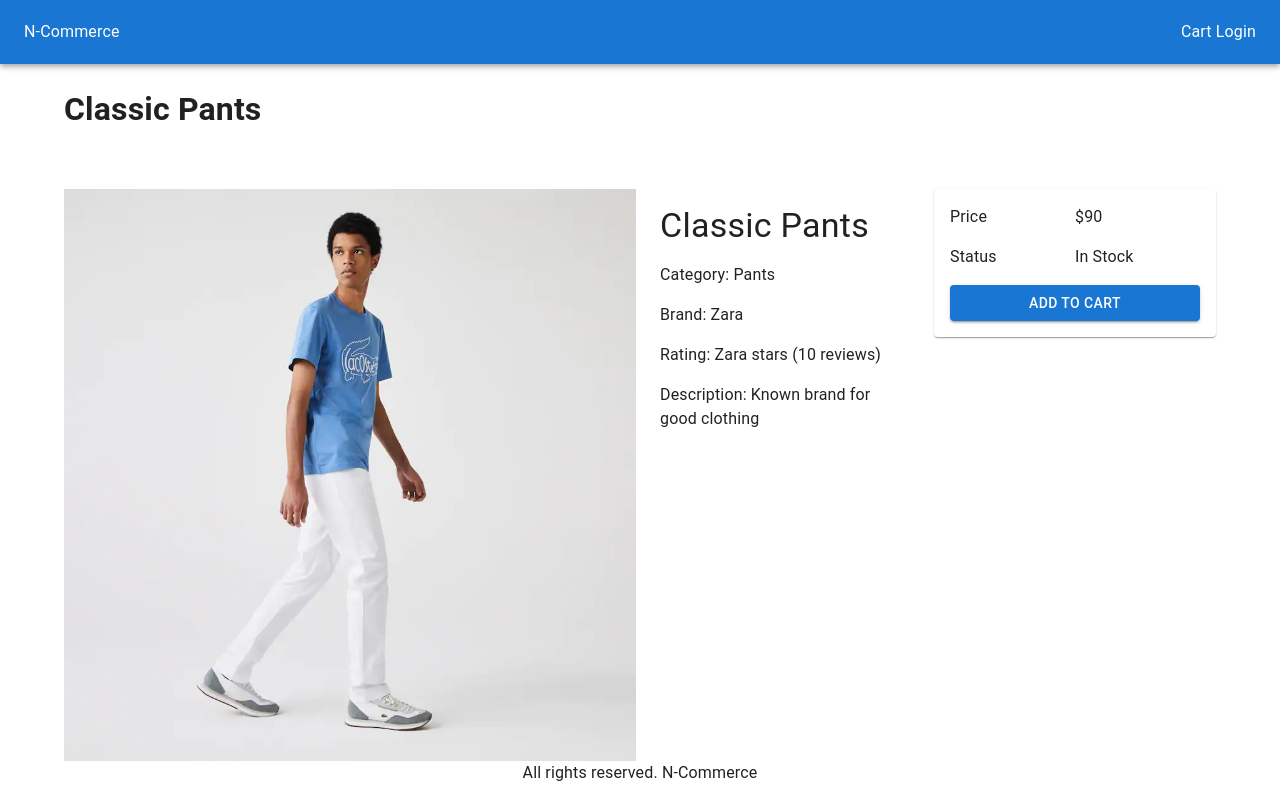
Repository: AK0493/Next-Commerce
Page: /product/classic-pants
An editor plug-in stored every save of this project. The page is shown before and after the next save, followed by the edit.
The browser window is 1280 px wide. The pictures show the whole page.
The project was rebuilt for these pictures with package versions that can differ from the ones it lists, and the page was loaded fresh each time. The framework's server and built-in components were replaced by stand-ins that run in the browser. Also part of the build but not shown: next.config.js.

Above is the page before, as saved 2022-02-07 16:49:09.

### pages/_app.js
import { useEffect } from 'react';
import '../styles/globals.css';

function MyApp({ Component, pageProps }) {
  useEffect(() => {
    const jssStyles = document.querySelector('#jss-server-side');
    if (jssStyles) {
      jssStyles.parentElement.removeChild(jssStyles);
    }
  }, []);
  return <Component {...pageProps} />;
}

export default MyApp;

### pages/product/[slug].js
import { useRouter } from 'next/router';
import React from 'react';
import data from '../../utils/data';
import NextLink from 'next/link';
import {
  Button,
  Card,
  Grid,
  Link,
  List,
  ListItem,
  Typography,
} from '@mui/material';
import Layout from '../../components/Layout';
import useStyles from '../../utils/styles';
import Image from 'next/image';
export default function ProductPage() {
  const classes = useStyles();
  const router = useRouter();
  const { slug } = router.query;
  const product = data.products.find((el) => el.slug === slug);
  if (!product) {
    return (
      <div>
        <h1>Product not Found!</h1>
      </div>
    );
  }
  return (
    <Layout title={product.name} description={product.description}>
      <div className={classes.section}>
        <h1>{product.name}</h1>
        <NextLink href="/" passHref>
          <Link>Back to Home</Link>
        </NextLink>
      </div>
      <Grid container spacing={1}>
        <Grid item md={6} xs={12}>
          <Image
            src={product.image}
            alt={product.name}
            width={640}
            height={640}
            layout="responsive"
          ></Image>
        </Grid>
        <Grid item md={3} xs={12}>
          <List>
            <ListItem>
              <Typography component="h4" variant="h4">
                {product.name}
              </Typography>
            </ListItem>
            <ListItem>
              <Typography>Category: {product.category}</Typography>
            </ListItem>
            <ListItem>
              <Typography>Brand: {product.brand}</Typography>
            </ListItem>
            <ListItem>
              <Typography>
                Rating: {product.brand} stars ({product.numReviews} reviews)
              </Typography>
            </ListItem>
            <ListItem>
              <Typography>Description: {product.description}</Typography>
            </ListItem>
          </List>
        </Grid>
        <Grid item md={3} xs={12}>
          <Card>
            <List>
              <ListItem>
                <Grid container>
                  <Grid item xs={6}>
                    <Typography>Price</Typography>
                  </Grid>
                  <Grid item xs={6}>
                    <Typography>${product.price}</Typography>
                  </Grid>
                </Grid>
              </ListItem>
              <ListItem>
                <Grid container>
                  <Grid item xs={6}>
                    <Typography>Status</Typography>
                  </Grid>
                  <Grid item xs={6}>
                    <Typography>
                      {product.CountInStock > 0 ? 'In Stock' : 'UNavailible'}
                    </Typography>
                  </Grid>
                </Grid>
              </ListItem>
              <ListItem>
                <Button fullWidth variant="contained" color="primary">
                  Add to Cart
                </Button>
              </ListItem>
            </List>
          </Card>
        </Grid>
      </Grid>
    </Layout>
  );
}

### styles/globals.css
html,
body {
  padding: 0;
  margin: 0;
  font-family: -apple-system, BlinkMacSystemFont, Segoe UI, Roboto, Oxygen,
    Ubuntu, Cantarell, Fira Sans, Droid Sans, Helvetica Neue, sans-serif;
}

a {
  color: #fff !important;
  text-decoration: none !important;
  cursor: pointer;
}

* {
  box-sizing: border-box;
}

### utils/data.js
const data = {
  products: [
    {
      name: 'Free Shirt',
      slug: 'free-shirt',
      category: 'Shirts',
      image: '/images/shirt1.jpg',
      price: 90,
      brand: 'Nike',
      rating: 4.5,
      numReviews: 10,
      CountInStock: 20,
      description: 'A popular shirt',
    },
    {
      name: 'Fit Shirt',
      slug: 'fit-shirt',
      category: 'Shirt',
      image: '/images/Shirt2.jpg',
      price: 90,
      brand: 'Addidas',
      rating: 4.5,
      numReviews: 10,
      CountInStock: 20,
      description: 'A popular shirt',
    },
    {
      name: 'Slim Shirt',
      slug: 'slim-shirt',
      category: 'Shirts',
      image: '/images/shirt3.jpg',
      price: 70,
      brand: 'Raymond',
      rating: 4.5,
      numReviews: 10,
      CountInStock: 20,
      description: 'A popular shirt',
    },
    {
      name: 'Golf Pants',
      slug: 'golf-pants',
      category: 'Pants',
      image: '/images/pants1.jpg',
      price: 70,
      brand: 'Oliver',
      rating: 4.5,
      numReviews: 10,
      CountInStock: 20,
      description: 'smart looking pants',
    },
    {
      name: 'Fit Pants',
      slug: 'fit-pants',
      category: 'Pants',
      image: '/images/pants2.jpg',
      price: 90,
      brand: 'Zara',
      rating: 4.5,
      numReviews: 10,
      CountInStock: 20,
      description: 'Known brand for good clothing',
    },
    {
      name: 'Classic Pants',
      slug: 'classic-pants',
      category: 'Pants',
      image: '/images/pants3.jpg',
      price: 90,
      brand: 'Zara',
      rating: 4.5,
      numReviews: 10,
      CountInStock: 20,
      description: 'Known brand for good clothing',
    },
  ],
};

export default data;

### components/Layout.js
import {
  AppBar,
  Container,
  createTheme,
  CssBaseline,
  Link,
  Toolbar,
  Typography,
} from '@mui/material';
import Head from 'next/head';
import React from 'react';
import useStyles from '../utils/styles';
import NextLink from 'next/link';
import { ThemeProvider } from '@mui/styles';

export default function Layout({ title, description, children }) {
  const theme = createTheme({
    typography: {
      h1: {
        fontSize: '1.6rem',
        fontWeight: 400,
        margin: '1rem 0',
      },
    },
    palette: {
      primary: {
        light: '#757ce8',
        main: '#3f50b5',
        dark: '#002884',
        contrastText: '#fff',
      },
      secondary: {
        light: '#ff7961',
        main: '#f44336',
        dark: '#ba000d',
        contrastText: '#000',
      },
    },
  });

  const classes = useStyles();
  return (
    <div>
      <Head>
        <title>{title ? `${title} - Next-Commerce` : 'Next Commerce'}</title>
        {description && <meta name="description" content={description}></meta>}
      </Head>
      <ThemeProvider theme={theme}>
        <CssBaseline />
        <AppBar position="static" className={classes.navbar}>
          <Toolbar>
            <NextLink href="/">
              <Link>
                <Typography>N-Commerce</Typography>
              </Link>
            </NextLink>
            <div className={classes.grow}></div>
            <div>
              <NextLink href="/cart">
                <Link>Cart </Link>
              </NextLink>
              <NextLink href="/login">
                <Link>Login</Link>
              </NextLink>
            </div>
          </Toolbar>
        </AppBar>
        <Container className={classes.main}>{children}</Container>
        <footer className={classes.footer}>
          <Typography>All rights reserved. N-Commerce</Typography>
        </footer>
      </ThemeProvider>
    </div>
  );
}

### utils/styles.js
import { makeStyles } from '@mui/styles';

const useStyles = makeStyles({
  navbar: {
    backgroundColor: '#203040',
  },
  '& a': {
    color: '#fff',
    marginLeft: '10',
  },
  grow: {
    flexGrow: 1,
  },
  main: {
    minHeight: '80vh',
  },
  section: {
    marginTop: '10px',
    marginBottom: '10px',
  },
  footer: {
    textAlign: 'center',
  },
});
export default useStyles;

After the next save:
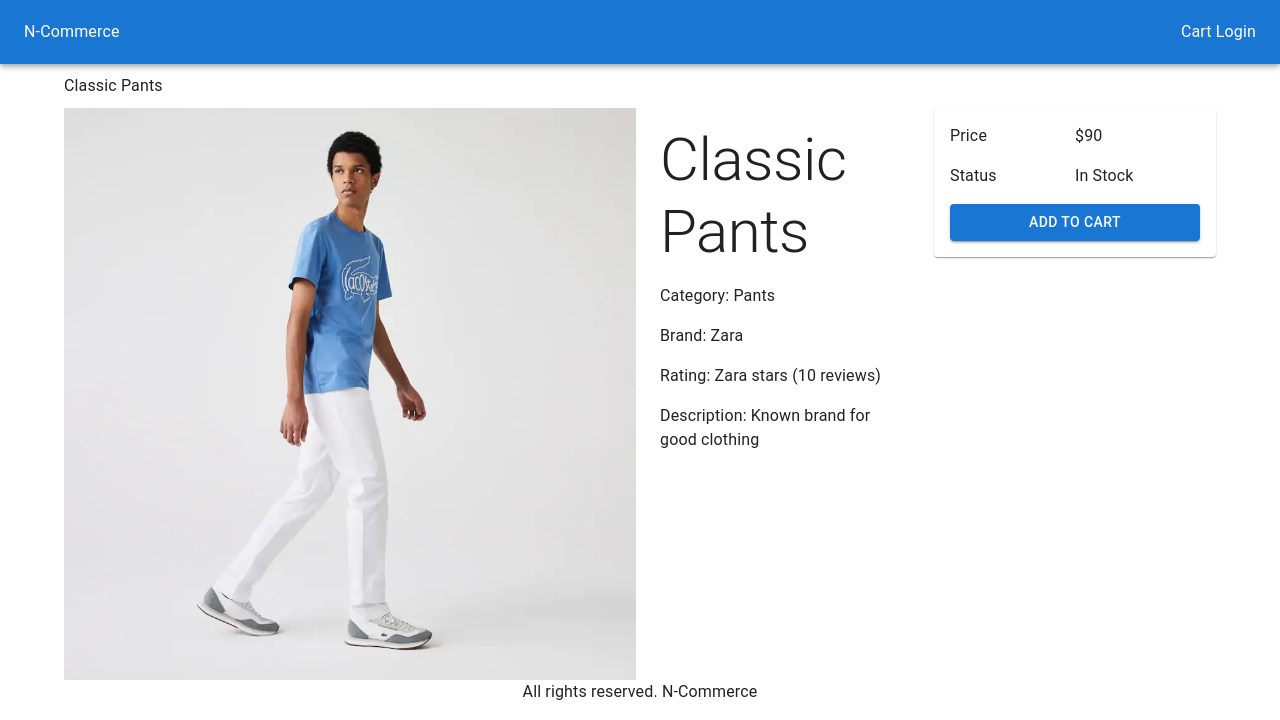
Saved 3 min 57 s later.
--- a/pages/product/[slug].js
+++ b/pages/product/[slug].js
@@ -29,7 +29,7 @@
   return (
     <Layout title={product.name} description={product.description}>
       <div className={classes.section}>
-        <h1>{product.name}</h1>
+        {product.name}
         <NextLink href="/" passHref>
           <Link>Back to Home</Link>
         </NextLink>
@@ -47,7 +47,7 @@
         <Grid item md={3} xs={12}>
           <List>
             <ListItem>
-              <Typography component="h4" variant="h4">
+              <Typography component="h2" variant="h2">
                 {product.name}
               </Typography>
             </ListItem>
